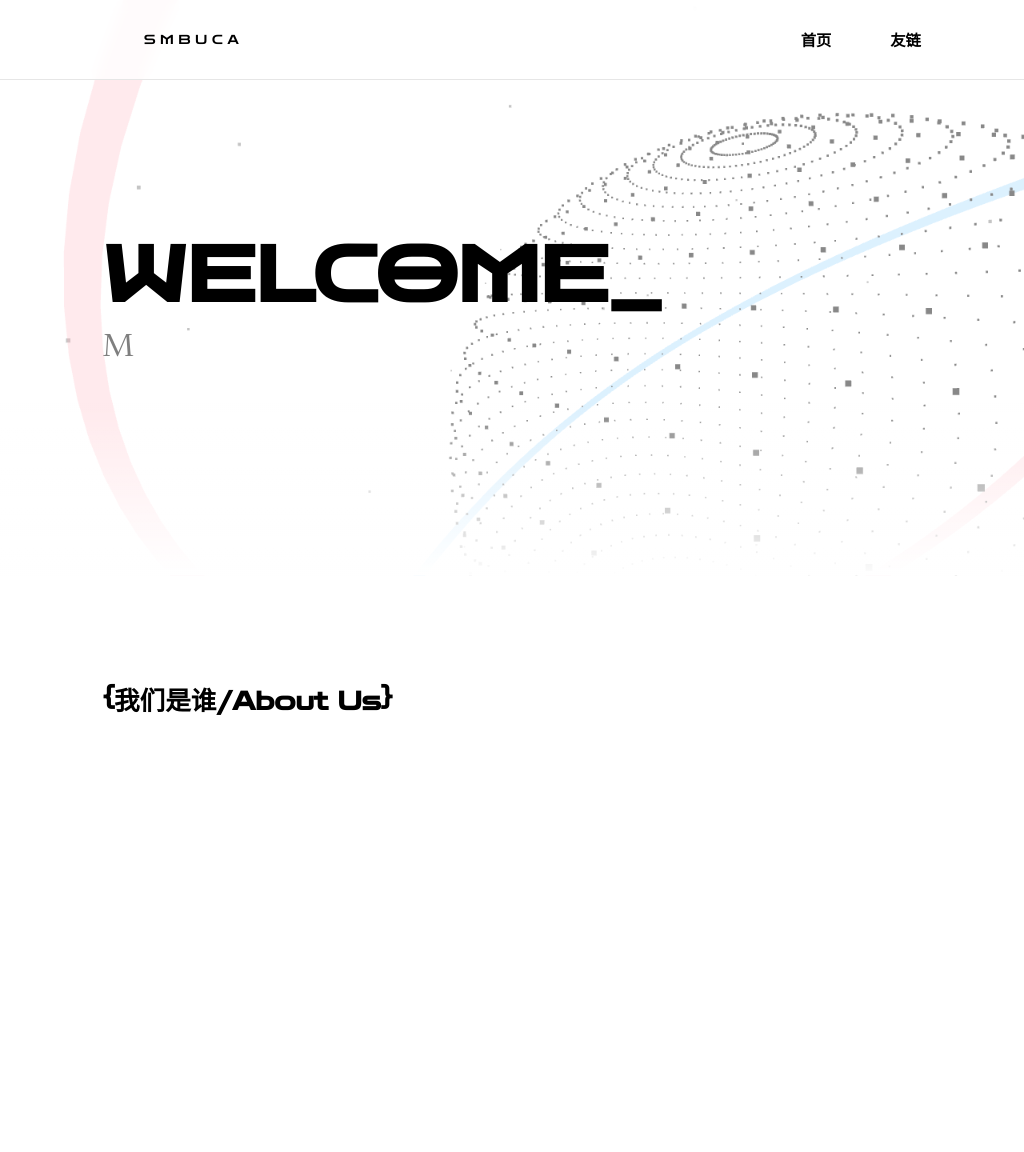
Repository: RADEKWRLD/SMBUCA
Page: /
The author's editor kept a copy of each file at every save. The page is drawn from the files as they stood at one save, then again after the next save.
The browser window is 1280 px wide. The pictures show the whole page, at 80% of full size.
The project was rebuilt for these pictures with package versions that can differ from the ones it lists, and the page was loaded fresh each time. Also part of the build but not shown: vite.config.js.

Above is the page before, as saved 2025-07-06 10:33:49.

### index.html
<!DOCTYPE html>
<html lang="zh-CN">
  <head>
    <meta charset="UTF-8">
    <link rel="icon" href="/favicon.ico">
    <meta name="viewport" content="width=device-width, initial-scale=1.0">
    <title>SMBUCA</title>
  </head>
  <body>
    <div id="app"></div>
    <script type="module" src="/src/main.js"></script>
  </body>
</html>

### src/App.vue
<template>
  <div id="app">
    <router-view></router-view>
  </div>
</template>


<script setup>
</script>


<style>
/*注册字体 */
@font-face {
  font-family: 'ZenDots';
  src: url('./assets/fonts/ZenDots-Regular.ttf');
  font-weight: normal;
  font-style: normal;
}

@font-face {
  font-family:'Newsreader';
  src: url('./assets/fonts/Newsreader-VariableFont_opsz,wght.ttf');
  font-weight: normal;
  font-style: normal;
}

#app {
  min-height: 100vh;
  font-family: 'ZenDots', Arial, sans-serif;
}

/*基本样式*/
* {
  margin: 0;
  padding: 0;
  box-sizing: border-box;
}

body {
  margin: 0;
  padding: 0;
}
</style>

### src/router/index.js
import { createRouter, createWebHistory } from 'vue-router'

const router = createRouter({
  history: createWebHistory(import.meta.env.BASE_URL),
  routes: [
    {
      path: '/',
      name: 'home',
      component: () => import('../views/HomeView.vue'),
    },
  ],
})

export default router

### src/views/HomeView.vue
<template>
  <nav class="navbar">
    <div class="navContent">
      <span class="nav-title">S M B U C A</span>
    </div>

    <div class="navRight">
      <ul>
        <li>
          <button>
            <div class="li-content">首页</div>
          </button>
        </li>
        <li>
          <button>
            <div class="li-content">友链</div>
          </button>
        </li>
      </ul>
    </div>
  </nav>

  <DotSphere class="background-sphere" />


  <div class="main-container">
    <div class="main-content">
      <div class="main-content-text">
        <div class="welcome">
          <span class="letter" v-for="(letter, index) in letters" :key="index">{{ letter }}</span>
        </div>
        <span class="char" v-for="(char, index) in chars" :key="index">{{ char }}</span>
      </div>
    </div>
    <div class="mask"></div>
  </div>
  <SecondPage />
</template>


<script setup>
import DotSphere from '@/components/DotSphere.vue';
import SecondPage from '@/views/SecondPage.vue';
import { gsap } from 'gsap';
import { onMounted, ref } from 'vue';

onMounted(() => {
  WelcomeAnimation();
})

/**初始化文字 */
const letters = ref('WELCOME_');
const chars = ref('MSU-BIT@Shenzhen');
function WelcomeAnimation() {
  /**WELCOME动画 */
  gsap.fromTo('.letter', {
    opacity:0,
    y: 50,
    scale: 0.5,
    rotationY: 180,
  },
    {
      opacity: 1,
      y: 0,
      scale: 1,
      rotationY: 0,
      duration: 3,
      ease: 'power2.inOut',
      stagger: 0.1,
    });

  /**深圳北理莫斯科计算机协会动画 */
  gsap.fromTo(".char", {
    opacity: 0,
    x: 100,
    scale: 0.5,
    rotationZ: 360,
  },
    {
      opacity: 1,
      x: 0,
      scale: 1,
      rotationZ: 0,
      duration: 0.2,
      ease: 'power2.inOut',
      stagger: 0.1,
      delay: 0.5,
      repeat:-1,
      yoyo:true,
      repeatDelay:0.5
    });
}


</script>


<style scoped>
.navbar {
  /*固定顶部 */
  position: fixed;
  top: 0;
  left: 0;
  width: 100%;
  z-index: 1000;

  /**基础样式 */
  background-color: rgba(255, 255, 255, 0.8);
  /* 半透明白色背景 */
  backdrop-filter: blur(8px);
  /* 背景模糊效果 */
  -webkit-backdrop-filter: blur(8px);
  /* Safari 兼容 */
  padding: 10px 20px;
  /* 内边距 */
  border-bottom: 1px solid #e0e0e0;
  display: flex;
  justify-content: space-between;
  align-items: center;
  height: 100px;
  /* 固定高度 */
}

.navContent {
  display: flex;
  align-items: center;
  height: 100%;
}


.nav-title {
  padding-left: 10rem;
}

.navRight {
  padding-right: 5rem;
}

ul {
  list-style: none;
  padding: 0;
  margin: 0;
  display: flex;
  gap: 1rem;
}

.li-content {
  font-size: 1.2rem;
  font-weight: bold;
}

button {
  width: 6rem;
  background: none;
  border: none;
  cursor: pointer;
  padding: 8px 16px;
  transition: all 0.3s ease;
}

button:hover {
  background-color: rgba(0, 0, 0, 0.05);
  border-radius: 4px;
}

/* 背景球 */
.background-sphere {
  position: absolute;
  top: 0;
  left: 0;
  width: 100%;
  height: 100%;
  z-index: 1;
}

/* 主容器 */
.main-container {
  width: 100%;
  height: 100vh;
  position: relative;
  display: flex;
}


.main-content {
  width: 100%;
  height: 100vh;
  position: relative;
  display: flex;
  justify-content: flex-start;
  align-items: flex-start;
  padding-top: 40vh;
}


.main-content-text {
  position: relative;
  z-index: 2;
  text-align: left;
  color: #000;
  margin-left: 10vw;
}

.main-content-text .welcome {
  margin-bottom: 0.2rem;

}

.main-content-text .letter {
  font-size: 6rem;
  font-weight: bold;
  gap: 0.5rem;
  padding: 0;
}

.main-content-text .char {
  font-family: 'Newsreader';
  font-size: 2.5rem;
  font-weight: lighter;
  line-height: 1.5;
  margin-top: 1rem;
}

/*遮罩 */
.mask {
  position: absolute;
  z-index: 999;
  bottom: 0;
  left: 0;
  width: 100%;
  height:30%;
  background: linear-gradient(to bottom, rgba(255, 255, 255, 0) 0%, rgba(255, 255, 255, 1) 100%);
  pointer-events: none;
}


</style>

### src/components/DotSphere.vue
<template>
    <div class="dot-sphere" ref="container"></div>
</template>

<script setup>
import { onMounted,ref } from 'vue';
import * as THREE from 'three';

const container = ref(null);

const init = () => {
    // 创建场景
    const scene = new THREE.Scene();

    // 创建相机
    const camera = new THREE.PerspectiveCamera(75, window.innerWidth / window.innerHeight, 0.1, 1000);
    camera.position.z = 1.3;
    camera.position.x = -0.8;
    camera.position.y = 0.5;

    //创建渲染器
    const renderer = new THREE.WebGLRenderer({
        alpha: true,
        antialias: true
    });
    renderer.setSize(window.innerWidth, window.innerHeight);

    // 将渲染器的 DOM 元素添加到容器中
    container.value.appendChild(renderer.domElement);

    // 创建球形几何体
    const geometry = new THREE.SphereGeometry(1, 60, 32);
    const material = new THREE.PointsMaterial({
        color: 0x888888,
        size: 0.01,
    });

    // 创建点云
    const pointCloud = new THREE.Points(geometry, material);
    pointCloud.position.set(0, 0, 0);
    scene.add(pointCloud);

    // 添加外层装饰环
    const ring1Geometry = new THREE.TorusGeometry(1.5, 0.02, 16, 100);
    const ring1Material = new THREE.MeshBasicMaterial({
        color: 0x87CEFA,
        transparent: true,
        opacity: 0.3
    });
    const ring1 = new THREE.Mesh(ring1Geometry, ring1Material);
    ring1.rotation.x = Math.PI / 4;
    ring1.scale.set(1.2,1.2,1.2);
    ring1.position.set(0,0,0);

    // 添加第二个倾斜的装饰环
    const ring2Geometry = new THREE.TorusGeometry(1.5, 0.02, 16, 100);
    const ring2Material = new THREE.MeshBasicMaterial({
        color: 0xFFB6C1,
        transparent: true,
        opacity: 0.3
    });
    const ring2 = new THREE.Mesh(ring2Geometry, ring2Material);
    ring2.rotation.x = Math.PI / 3;
    ring2.rotation.y = Math.PI / 4;
    ring2.scale.set(1.2,1.2,1.2);
    ring2.position.set(0,0,0);

    // 添加随机漂浮的小点
    const particlesGeometry = new THREE.BufferGeometry();
    const particlesCount = 50;
    const positions = new Float32Array(particlesCount * 3);
    const particleSpeeds = [];

    for(let i = 0; i < particlesCount * 3; i += 3) {
        positions[i] = (Math.random() - 0.5) * 5;
        positions[i + 1] = (Math.random() - 0.5) * 5;
        positions[i + 2] = (Math.random() - 0.5) * 5;
        particleSpeeds.push({
            x: (Math.random() - 0.5) * 0.01,
            y: (Math.random() - 0.5) * 0.01,
            z: (Math.random() - 0.5) * 0.01
        });
    }

    particlesGeometry.setAttribute('position', new THREE.BufferAttribute(positions, 3));
    const particlesMaterial = new THREE.PointsMaterial({
        color: 0xAAAAAA,
        size: 0.02,
        transparent: true,
        opacity: 0.7
    });
    const particles = new THREE.Points(particlesGeometry, particlesMaterial);

    scene.add(pointCloud);
    scene.add(ring1);
    scene.add(ring2);
    scene.add(particles);

    // 创建动画
    const animate = () => {
        requestAnimationFrame(animate);

        // 主球旋转
        pointCloud.rotation.y += 0.001;

        // 装饰环旋转
        ring1.rotation.y += 0.002;  // 增加旋转速度
        ring1.rotation.x += 0.002;
        ring2.rotation.y -= 0.002; // 增加反向旋转速度
        ring2.rotation.x -= 0.002;

         // 更新漂浮粒子位置
         const positions = particles.geometry.attributes.position.array;
        for(let i = 0; i < positions.length; i += 3) {
            positions[i] += particleSpeeds[i/3].x;
            positions[i + 1] += particleSpeeds[i/3].y;
            positions[i + 2] += particleSpeeds[i/3].z;

            // 如果粒子飘得太远，将其重置回原点附近
            if(Math.abs(positions[i]) > 3) positions[i] = (Math.random() - 0.5) * 2;
            if(Math.abs(positions[i + 1]) > 3) positions[i + 1] = (Math.random() - 0.5) * 2;
            if(Math.abs(positions[i + 2]) > 3) positions[i + 2] = (Math.random() - 0.5) * 2;
        }
        particles.geometry.attributes.position.needsUpdate = true;

        renderer.render(scene, camera);
    };
    animate();

    // 处理窗口大小变化
    const handleResize = () => {
        camera.aspect = window.innerWidth / window.innerHeight;
        camera.updateProjectionMatrix();
        renderer.setSize(window.innerWidth, window.innerHeight);
    };

    window.addEventListener('resize', handleResize);

    // 返回清理函数
    return () => {
        window.removeEventListener('resize', handleResize);
        if (container.value && renderer.domElement) {
            container.value.removeChild(renderer.domElement);
        }
        geometry.dispose();
        material.dispose();
    };
}

onMounted(() => {
    init();
});
</script>

<style scoped>
.dot-sphere {
    width: 100%;
    height: 100%;
    overflow: hidden;
    position: relative;
}
</style>

### src/views/SecondPage.vue
<template>
    <div class="second-container">
        <div class="second-content">
            <div class="second-content-title">
                <h2 class="second-span">
                    {
                </h2>
                <h2>我们是谁/About Us</h2>
                <h2 class="second-span">
                    }
                </h2>
            </div>
        </div>
    </div>
</template>

<script setup>

</script>

<style scoped>
/*第二页面样式 */
.second-container {
    width: 100%;
    height: 100vh;
    position: relative;
    display: flex;
}



.second-content {
    width: 100%;
    height: 100vh;
    position: relative;
    display: flex;
    justify-content: flex-start;
    align-items: flex-start;
}

.second-content-title {
    padding-top: 18vh;
    width: 100%;
    height: 10%;
    display: flex;
    justify-content: left;
    padding-left: 10vw;
}
.second-content-title h2 {
    text-align: left;
    font-size: 2rem;
    font-weight: bold;
}
</style>

Loaded but not shown: src/main.js (common file)

After the next save:
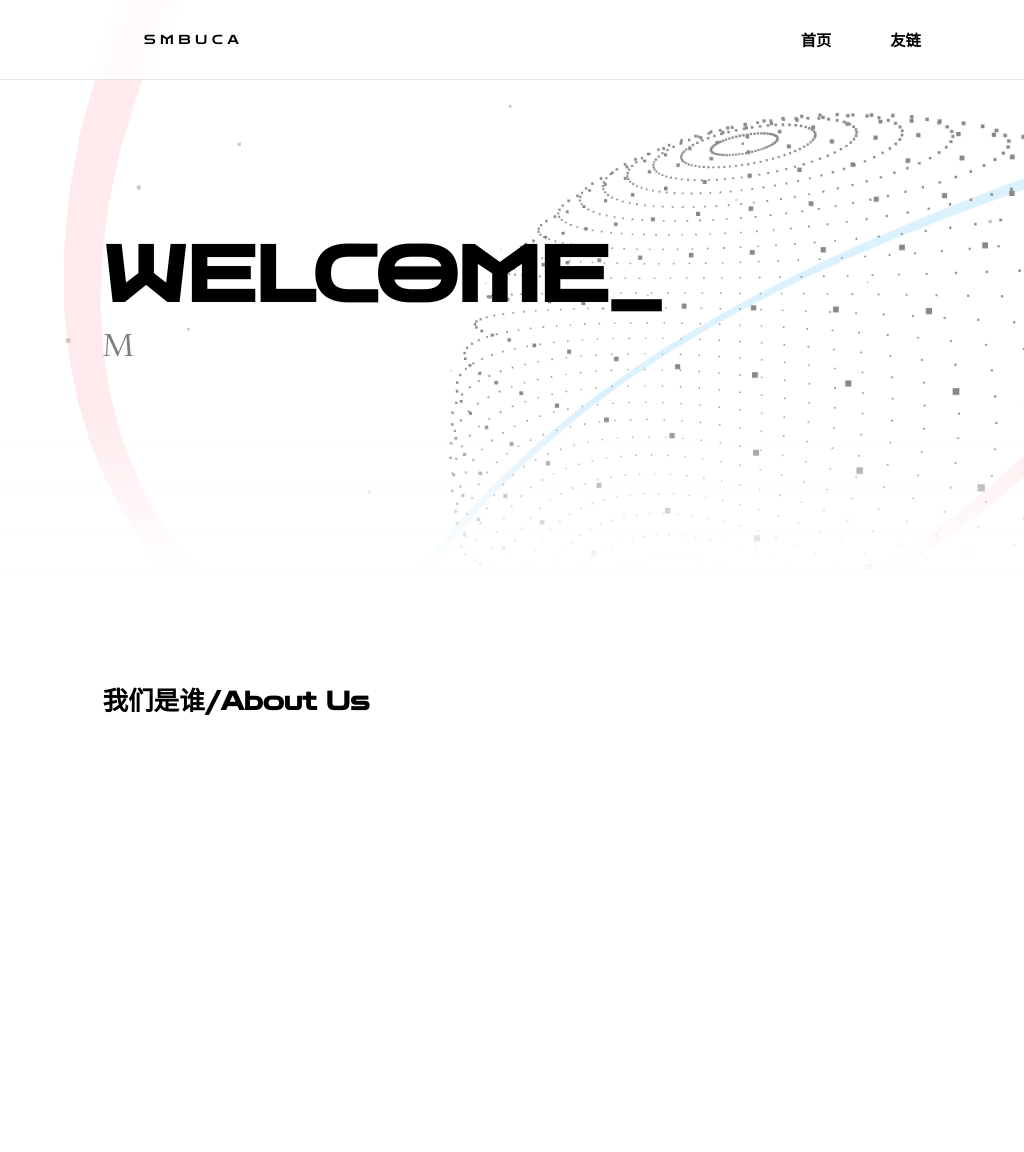
Saved 11 s later.
--- a/src/views/SecondPage.vue
+++ b/src/views/SecondPage.vue
@@ -2,13 +2,7 @@
     <div class="second-container">
         <div class="second-content">
             <div class="second-content-title">
-                <h2 class="second-span">
-                    {
-                </h2>
                 <h2>我们是谁/About Us</h2>
-                <h2 class="second-span">
-                    }
-                </h2>
             </div>
         </div>
     </div>
